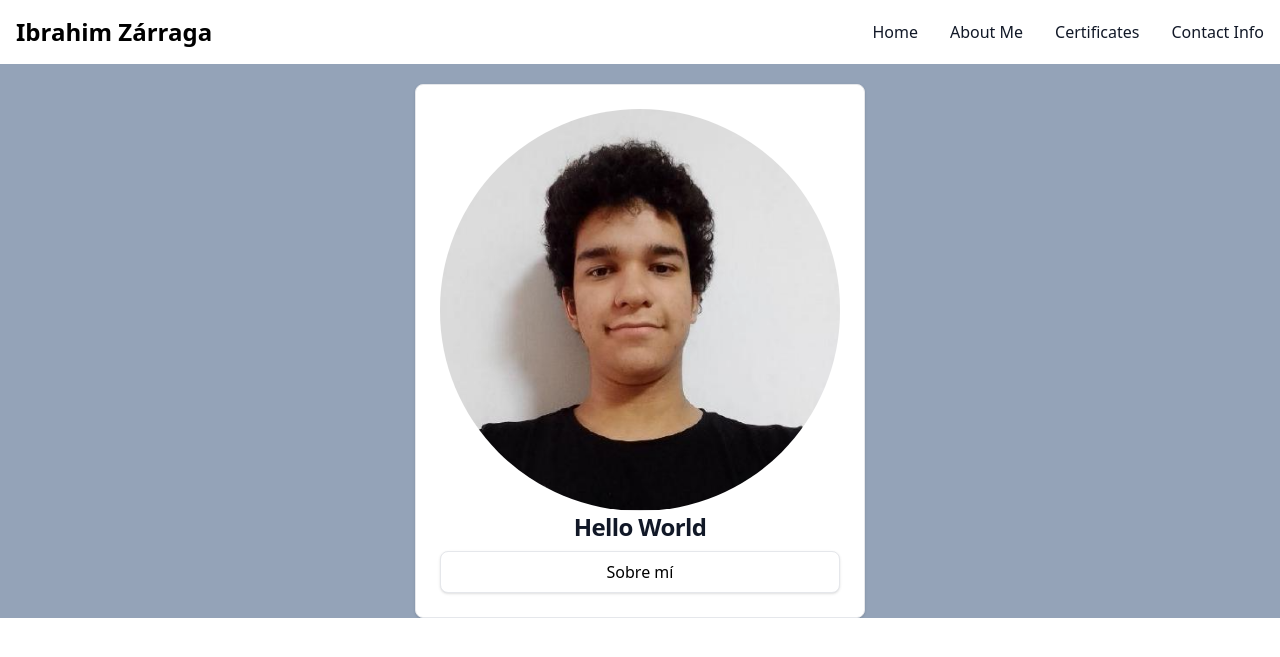
Repository: JetPi/Presentatio-Project
Page: /
An editor plug-in stored every save of this project. The page is shown before and after the next save, followed by the edit.
The browser window is 1280 px wide. The pictures show the whole page.
The project was rebuilt for these pictures with package versions that can differ from the ones it lists, and the page was loaded fresh each time. The framework's server and built-in components were replaced by stand-ins that run in the browser. Also part of the build but not shown: next.config.js.

Above is the page before, as saved 2023-04-03 15:06:52.

### src/pages/_app.tsx
import "@/styles/globals.css";
import type { AppProps } from "next/app";
import { NavBar } from "@/components/NavBar";

const navList = [
  { text: "Home", href: "/" },
  { text: "About Me", href: "/about/me" },
  { text: "Certificates", href: "/about/certificates" },
  { text: "Contact Info", href: "/about/socials" },
];

export default function App({ Component, pageProps }: AppProps) {
  return (
    <>
      <NavBar navList={navList} />
      <Component {...pageProps} />
    </>
  );
}

### src/pages/index.tsx
import Head from "next/head";
import Image from "next/image";
import { Inter } from "next/font/google";
import styles from "@/styles/Home.module.css";
import { Card, CardButton } from "@/components/Card";
import { CardTitle } from "@/components/Card";
import { Url } from "url";

const inter = Inter({ subsets: ["latin"] });

export default function Home() {
  const url: Url = {
    href: "/about/me",
    auth: null,
    hash: null,
    host: null,
    hostname: null,
    path: null,
    pathname: null,
    protocol: null,
    search: null,
    slashes: null,
    port: null,
    query: null,
  };
  return (
    <>
      <div className="flex justify-center pt-5 bg-slate-400">
        <Card styling="flex flex-col ">
          <Image
            className="rounded-full"
            src={"/Foto de Presentación.png"}
            width={400}
            height={400}
            alt={"Profile Photo"}
          />
          <CardTitle>Hello World</CardTitle>
          <CardButton href={url} styling="w-full">
            Sobre mí
          </CardButton>
        </Card>
      </div>
    </>
  );
}

### src/styles/globals.css
@tailwind base;
@tailwind components;
@tailwind utilities;

:root {
  --max-width: 1100px;
  --border-radius: 12px;
  --font-mono: ui-monospace, Menlo, Monaco, "Cascadia Mono", "Segoe UI Mono",
    "Roboto Mono", "Oxygen Mono", "Ubuntu Monospace", "Source Code Pro",
    "Fira Mono", "Droid Sans Mono", "Courier New", monospace;

  --foreground-rgb: 0, 0, 0;
  --background-start-rgb: 214, 219, 220;
  --background-end-rgb: 255, 255, 255;

  --primary-glow: conic-gradient(
    from 180deg at 50% 50%,
    #16abff33 0deg,
    #0885ff33 55deg,
    #54d6ff33 120deg,
    #0071ff33 160deg,
    transparent 360deg
  );
  --secondary-glow: radial-gradient(
    rgba(255, 255, 255, 1),
    rgba(255, 255, 255, 0)
  );

  --tile-start-rgb: 239, 245, 249;
  --tile-end-rgb: 228, 232, 233;
  --tile-border: conic-gradient(
    #00000080,
    #00000040,
    #00000030,
    #00000020,
    #00000010,
    #00000010,
    #00000080
  );

  --callout-rgb: 238, 240, 241;
  --callout-border-rgb: 172, 175, 176;
  --card-rgb: 180, 185, 188;
  --card-border-rgb: 131, 134, 135;
}

@media (prefers-color-scheme: dark) {
  :root {
    --foreground-rgb: 255, 255, 255;
    --background-start-rgb: 0, 0, 0;
    --background-end-rgb: 0, 0, 0;

    --primary-glow: radial-gradient(rgba(1, 65, 255, 0.4), rgba(1, 65, 255, 0));
    --secondary-glow: linear-gradient(
      to bottom right,
      rgba(1, 65, 255, 0),
      rgba(1, 65, 255, 0),
      rgba(1, 65, 255, 0.3)
    );

    --tile-start-rgb: 2, 13, 46;
    --tile-end-rgb: 2, 5, 19;
    --tile-border: conic-gradient(
      #ffffff80,
      #ffffff40,
      #ffffff30,
      #ffffff20,
      #ffffff10,
      #ffffff10,
      #ffffff80
    );

    --callout-rgb: 20, 20, 20;
    --callout-border-rgb: 108, 108, 108;
    --card-rgb: 100, 100, 100;
    --card-border-rgb: 200, 200, 200;
  }
}

* {
  box-sizing: border-box;
  padding: 0;
  margin: 0;
}

html,
body {
  max-width: 100vw;
  overflow-x: hidden;
}

body {
  color: rgb(var(--foreground-rgb));
}

a {
  color: inherit;
  text-decoration: none;
}

@media (prefers-color-scheme: dark) {
  html {
    color-scheme: dark;
  }
}

### src/components/NavBar.tsx
import Image from "next/image";
import Link from "next/link";
import { ReactNode } from "react";
type NavData = {
  href: string;
  text: string;
};

interface Props {
  children?: ReactNode | string;
  href?: string;
  navList?: Array<NavData>;
}

function NavItem({ children, href }: Props) {
  return (
    <li>
      <Link
        href={{ pathname: href }}
        className="block py-2 pl-3 pr-4 text-gray-900 rounded hover:bg-gray-100 md:hover:bg-transparent md:border-0 md:hover:text-blue-700 md:p-0 dark:text-white md:dark:hover:text-blue-500 dark:hover:bg-gray-700 dark:hover:text-white md:dark:hover:bg-transparent"
      >
        {children}
      </Link>
    </li>
  );
}

export function NavBar({ navList }: Props) {
  return (
    <nav className="bg-white border-gray-200 dark:bg-gray-900">
      <div className="flex flex-wrap items-center justify-between max-w-screen-xl p-4 mx-auto">
        <span className="self-center text-2xl font-semibold whitespace-nowrap dark:text-white">
          Ibrahim Zárraga
        </span>
        <button
          data-collapse-toggle="navbar-default"
          type="button"
          className="inline-flex items-center p-2 ml-3 text-sm text-gray-500 rounded-lg md:hidden hover:bg-gray-100 focus:outline-none focus:ring-2 focus:ring-gray-200 dark:text-gray-400 dark:hover:bg-gray-700 dark:focus:ring-gray-600"
          aria-controls="navbar-default"
          aria-expanded="false"
        >
          <span className="sr-only">Open main menu</span>
          <svg
            className="w-6 h-6"
            aria-hidden="true"
            fill="currentColor"
            viewBox="0 0 20 20"
            xmlns="http://www.w3.org/2000/svg"
          >
            <path
              fillRule="evenodd"
              d="M3 5a1 1 0 011-1h12a1 1 0 110 2H4a1 1 0 01-1-1zM3 10a1 1 0 011-1h12a1 1 0 110 2H4a1 1 0 01-1-1zM3 15a1 1 0 011-1h12a1 1 0 110 2H4a1 1 0 01-1-1z"
              clipRule="evenodd"
            ></path>
          </svg>
        </button>
        <div className="hidden w-full md:block md:w-auto" id="navbar-default">
          <ul className="flex flex-col p-4 mt-4 font-medium border border-gray-100 rounded-lg md:p-0 bg-gray-50 md:flex-row md:space-x-8 md:mt-0 md:border-0 md:bg-white dark:bg-gray-800 md:dark:bg-gray-900 dark:border-gray-700">
            {navList?.map((item) => {
              return (
                <NavItem href={item.href} key={Math.random()}>
                  {item.text}
                </NavItem>
              );
            })}
          </ul>
        </div>
      </div>
    </nav>
  );
}

### src/components/Card.tsx
import { redirect } from "next/dist/server/api-utils";
import Link from "next/link";
import { useRouter } from "next/router";
import { Url } from "url";
import React, { MouseEventHandler, ReactNode, useState } from "react";
interface Props {
  children?: ReactNode;
  styling?: string;
  href?: string;
}

interface ButtonProps {
  children?: ReactNode;
  styling?: string;
  href: Url;
}

export function Card({ styling, children }: Props) {
  return (
    <div
      className={`${
        styling ? styling : "flex justify-stretch"
      } p-6 bg-white border border-gray-200 rounded-lg shadow hover:bg-gray-100 dark:bg-gray-800 dark:border-gray-700 dark:hover:bg-gray-700`}
    >
      {children}
      <p className="font-normal text-gray-700 dark:text-gray-400"></p>
    </div>
  );
}

export function CardButton({ href, styling, children }: ButtonProps) {
  return (
    <Link
      className={`${
        styling ? styling : "w-32  "
      } p-2 text-center bg-white border border-gray-200 rounded-lg shadow hover:bg-gray-100 dark:bg-gray-800 dark:border-gray-700 dark:hover:bg-gray-700`}
      href={href.href}
    >
      {children}
    </Link>
  );
}

export function CardTitle({ children }: Props) {
  return (
    <h5 className="mb-2 text-2xl font-bold tracking-tight text-center text-gray-900 dark:text-white">
      {children}
    </h5>
  );
}

Loaded but not shown: src/pages/_document.tsx (common file); tailwind.config.js (common file)

After the next save:
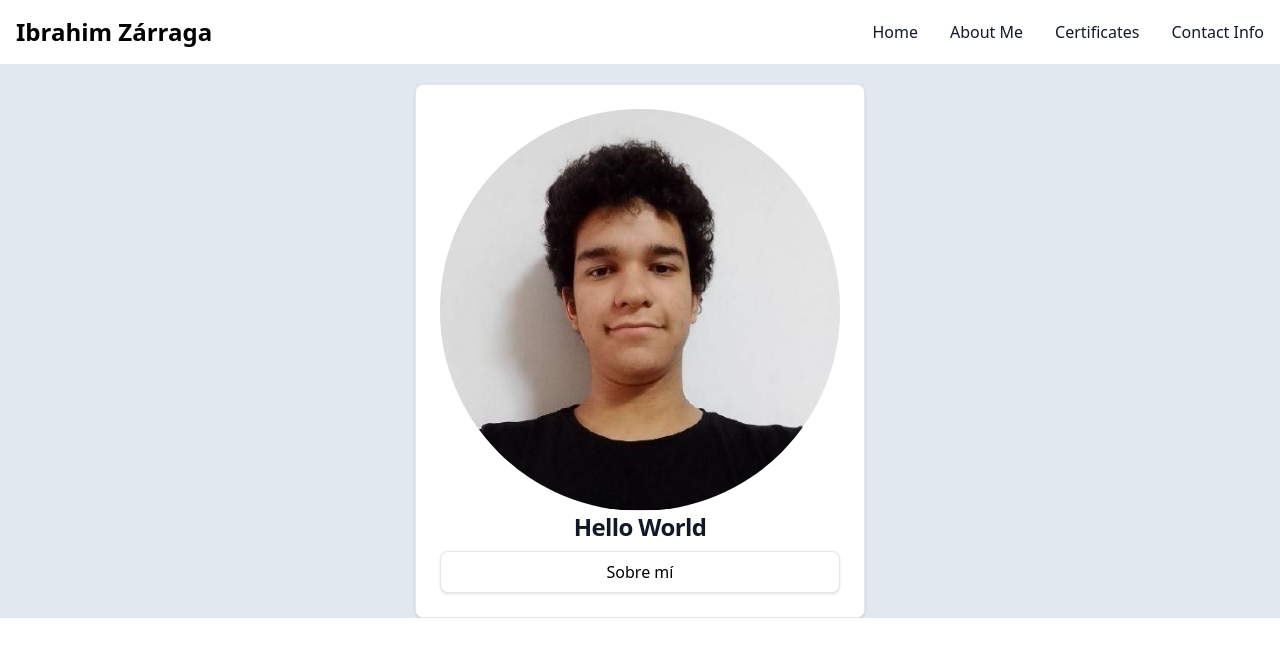
Saved 33 s later.
--- a/src/pages/index.tsx
+++ b/src/pages/index.tsx
@@ -25,7 +25,7 @@ export default function Home() {
   };
   return (
     <>
-      <div className="flex justify-center pt-5 bg-slate-400">
+      <div className="flex justify-center pt-5 bg-slate-200">
         <Card styling="flex flex-col ">
           <Image
             className="rounded-full"
